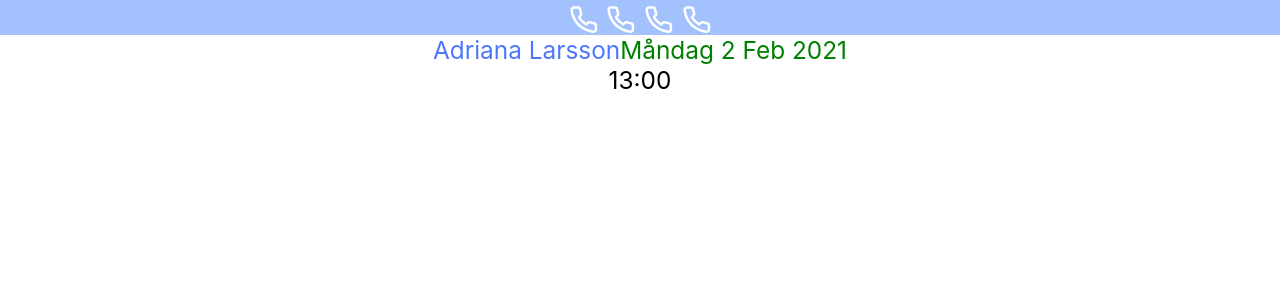
Repository: AdrianaLarsson/learning-react-adriana
Page: /
An editor plug-in stored every save of this project. The page is shown before and after a run of saves, followed by the edit.
The browser window is 1280 px wide. The pictures show the whole page.
The project was rebuilt for these pictures with package versions that can differ from the ones it lists, and the page was loaded fresh each time. Also part of the build but not shown: src/components/pixiLearn/pixi-learning.js, src/components/pixiLearn/reactTimline/timelinegant.js.

Above is the page before, as saved 2021-02-17 13:36:50.

### src/App.js
import './App.css';
import PixiLearning from './components/pixiLearn/pixi-learning'
import TimeLineGant from './components/pixiLearn/reactTimline/timelinegant'
import SjWaypoint from './components/pixiLearn/waypoint-mobile/sjwaypiont'

function App() {
  return (
    <div className="App">
      <header className="App-header">
       {/*  <TimeLineGant/> */}

           {/*   <PixiLearning/> */}
           <SjWaypoint/>
      </header>
    </div>
  );
}

export default App;

### src/App.css
.App {
  text-align: center;
}

.navbar {
  background-color: #a2c1fd;
  height: 30px;
  padding-top: 5px;
  display: flex;
  flex-direction: column;
  align-items: center;
  font-size: calc(15px + 2vmin);
  color: white;
}
.box{
  background-color: #ffffff;
  height: 30px;
  padding-top: 5px;
  display: flex;
  flex-direction: column;
  align-items: center;
  font-size: calc(10px + 2vmin);
  color: rgb(0, 0, 0);
  display: inline;
  flex-direction: row;
}
.name{
  display: inline-flex;
  color: rgb(77, 118, 255);
}
.date{
  display: inline-flex;
  color: green;
}
.time{

}

/* .App {
  text-align: center;
}

.App-logo {
  height: 40vmin;
  pointer-events: none;
}

@media (prefers-reduced-motion: no-preference) {
  .App-logo {
    animation: App-logo-spin infinite 20s linear;
  }
}

.App-header {
  background-color: #282c34;
  min-height: 100vh;
  display: flex;
  flex-direction: column;
  align-items: center;
  justify-content: center;
  font-size: calc(10px + 2vmin);
  color: white;
}

.App-link {
  color: #61dafb;
}

@keyframes App-logo-spin {
  from {
    transform: rotate(0deg);
  }
  to {
    transform: rotate(360deg);
  }
}
 */

### src/components/pixiLearn/waypoint-mobile/sjwaypiont.js
import React from 'react'
import Navbaren from './navbaren'
import BoxNameDayTime from './box-name-day-time'

function sjwaypiont() {
    return (
        <div>
          <Navbaren/>
            <BoxNameDayTime/>
        </div>
    )
}

export default sjwaypiont

### src/components/pixiLearn/waypoint-mobile/navbaren.js
import React from 'react'
import { FiPhone } from "react-icons/fi";


function navbaren() {
    return (
      <div className="navbar">
          <div className="navbar-container container">
           <FiPhone /> <FiPhone /> <FiPhone /> <FiPhone />
          </div>

      </div>
    )
}

export default navbaren

### src/components/pixiLearn/waypoint-mobile/box-name-day-time.js
import React from 'react'
import Container from "react-bootstrap/Container";
import Row from "react-bootstrap/Row";
import Col from "react-bootstrap/Col"

function boxNameDayTime() {
    return (
<Container className="box">
  <Row>
    <Col className="name">Adriana Larsson</Col>
    <Col className="date">Måndag 2 Feb 2021</Col>
    <Col className="time">13:00</Col>
  </Row>
</Container>

    )
}

export default boxNameDayTime;

Loaded but not shown: public/index.html (common file); src/index.js (common file); src/index.css (common file); src/reportWebVitals.js (common file)

After the next 9 saves:
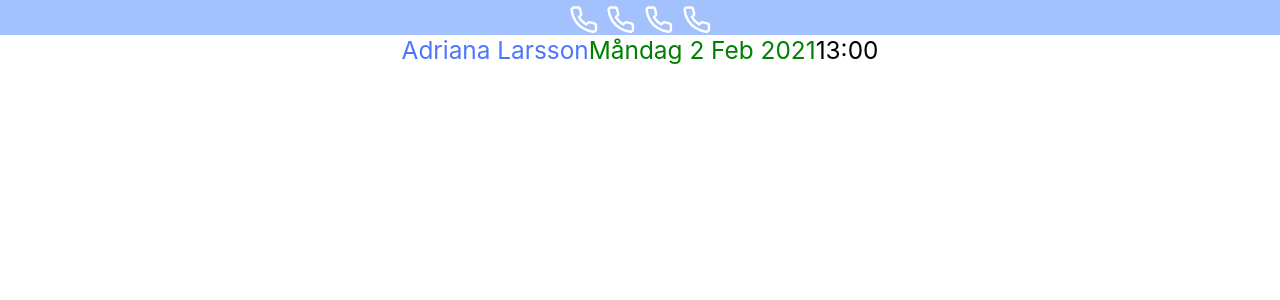
The 9 saves are shown as one change because they came seconds apart.
The last was saved 19 s later.
--- a/src/App.css
+++ b/src/App.css
@@ -33,7 +33,8 @@
   color: green;
 }
 .time{
-
+  display: inline-flex;
+  color: black;
 }
 
 /* .App {
